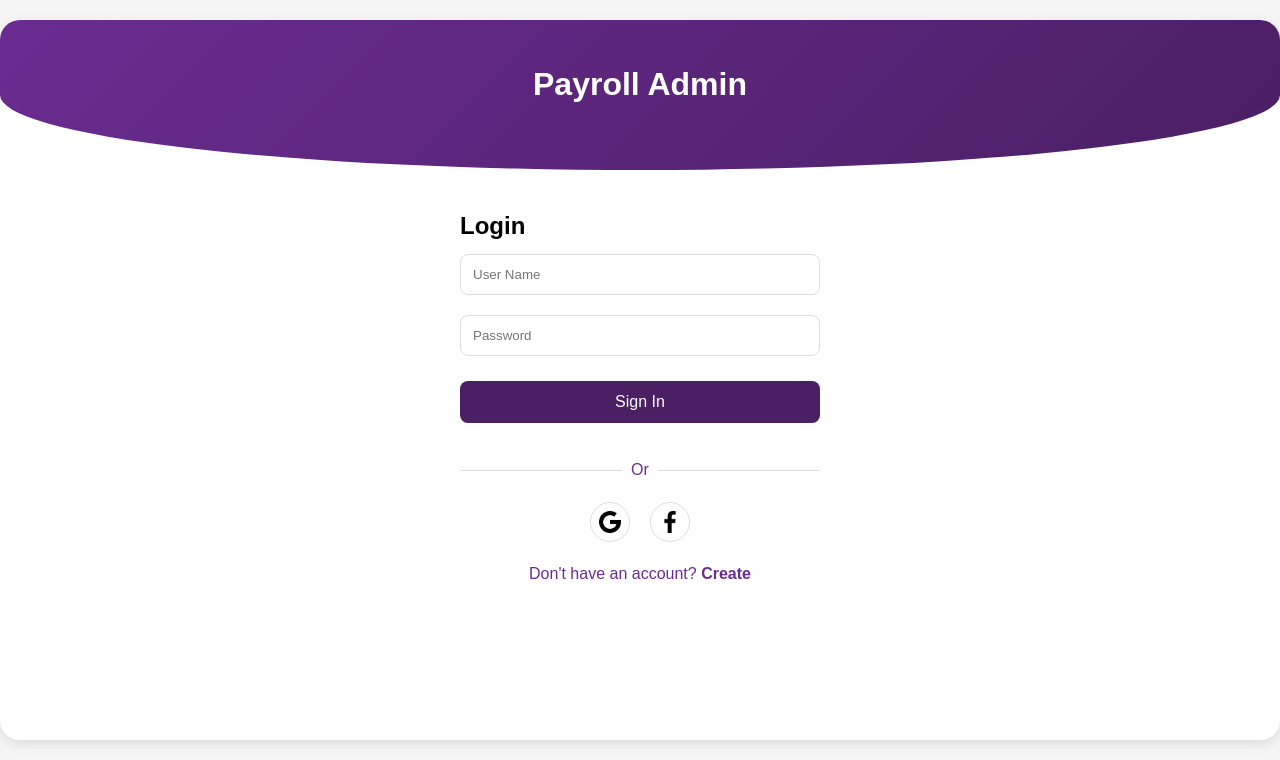
Repository: nino-pixel/payrolllatest
Page: / (app in web_vue/)
The author's editor kept a copy of each file at every save. The page is drawn from the files as they stood at one save, then again after the next save.
The browser window is 1280 px wide. The pictures show the whole page.
The project was rebuilt for these pictures with package versions that can differ from the ones it lists, and the page was loaded fresh each time. Also part of the build but not shown: web_vue/vite.config.js, web_vue/src/components/sign_up.vue, web_vue/src/components/dashboard.vue, web_vue/src/components/employee_management.vue, web_vue/src/components/attendance_management.vue, web_vue/src/components/generate_payroll.vue, web_vue/src/components/mark_attendance_manually.vue, web_vue/src/components/view_payment_history.vue and 2 more.

Above is the page before, as saved 2024-12-20 08:05:26.

### web_vue/src/main.js
import { createApp } from 'vue'
import './style.css'
import App from './App.vue'
import router from './router'
import html2pdf from 'html2pdf.js';
// ECharts imports
import VChart from 'vue-echarts'
import { use } from 'echarts/core'
import { CanvasRenderer } from 'echarts/renderers'
import { PieChart, LineChart, BarChart, GaugeChart } from 'echarts/charts'
import {
  TitleComponent,
  TooltipComponent,
  LegendComponent,
  GridComponent
} from 'echarts/components'

// Register ECharts components
use([
  CanvasRenderer,
  PieChart,
  LineChart,
  BarChart,
  GaugeChart,
  TitleComponent,
  TooltipComponent,
  LegendComponent,
  GridComponent
])

const app = createApp(App)
app.component('v-chart', VChart)
app.use(router)
app.mount('#app')

### web_vue/src/style.css
:root {
  font-family: Inter, system-ui, Avenir, Helvetica, Arial, sans-serif;
  line-height: 1.5;
  font-weight: 400;
  color-scheme: light dark;
  color: rgba(255, 255, 255, 0.87);
  background-color: #242424;
  font-synthesis: none;
  text-rendering: optimizeLegibility;
  -webkit-font-smoothing: antialiased;
  -moz-osx-font-smoothing: grayscale;
}

body {
  margin: 0;
  padding: 0;
  min-height: 100vh;
  width: 100%;
}

/* Remove the centering and width constraints */
#app {
  max-width: none;
  margin: 0;
  padding: 0;
  width: 100%;
  min-height: 100vh;
}

/* Adjust other styles */
.card {
  padding: 2em;
  width: 100%;
  box-sizing: border-box;
}

button {
  border-radius: 8px;
  border: 1px solid transparent;
  padding: 0.6em 1.2em;
  font-size: 1em;
  font-weight: 500;
  font-family: inherit;
  background-color: #1a1a1a;
  cursor: pointer;
  transition: border-color 0.25s;
}

/* Media query adjustments */
@media (prefers-color-scheme: light) {
  :root {
    color: #213547;
    background-color: #ffffff;
  }
  a:hover {
    color: #747bff;
  }
  button {
    background-color: #f9f9f9;
  }
}

### web_vue/src/App.vue
<template>
  <div id="app">
    <!-- Show Sidebar only if user is logged in and not on login page -->
    <Sidebar v-if="isLoggedIn && !isLoginPage" />
    <Sidebar v-if="isLoggedIn && !isLoginPage" />


    <!-- Main content area -->
    <div class="main-content" :class="{ 'with-sidebar': isLoggedIn && !isLoginPage }">
      <router-view></router-view>
    </div>
  </div>
</template>

<script>
import Sidebar from './components/Sidebar.vue'

export default {
  name: 'App',
  components: {
    Sidebar
  },
  computed: {
    isLoggedIn() {
      return !!localStorage.getItem('token')
    },
    isLoginPage() {
      return this.$route.path === '/login'
    }
  }
}
</script>

<style>
* {
  margin: 0;
  padding: 0;
  box-sizing: border-box;
}

#app {
  font-family: Arial, sans-serif;
  -webkit-font-smoothing: antialiased;
  -moz-osx-font-smoothing: grayscale;
  display: flex;
  min-height: 100vh;
  background: #f5f5f5;
}

.main-content {
  flex: 1;
  min-height: 100vh;
  transition: margin-left 0.3s ease;
}

/* Add margin when sidebar is present */
.main-content.with-sidebar {
  margin-left: 250px; /* Same as sidebar width */
}

/* Responsive adjustments */
@media (max-width: 768px) {
  .main-content.with-sidebar {
    margin-left: 60px; /* Same as collapsed sidebar width */
  }
}

/* Global styles for consistent look */
button {
  cursor: pointer;
}

input, button {
  font-family: inherit;
}

/* Transition effects */
.fade-enter-active, .fade-leave-active {
  transition: opacity 0.3s;
}
.fade-enter, .fade-leave-to {
  opacity: 0;
}

/* Optional: Add scrollbar styling */
::-webkit-scrollbar {
  width: 8px;
}

::-webkit-scrollbar-track {
  background: #f1f1f1;
}

::-webkit-scrollbar-thumb {
  background: #888;
  border-radius: 4px;
}

::-webkit-scrollbar-thumb:hover {
  background: #555;
}
</style>

### web_vue/src/components/login_page.vue
<template>
  <div class="login-container">
    <div class="wave-bg"></div>
    <h1>Payroll Admin</h1>

    <div class="login-form">
      <h2>Login</h2>
      <input
        type="text"
        v-model="username"
        placeholder="User Name"
        required
      >
      <input
        type="password"
        v-model="password"
        placeholder="Password"
        required
      >
      <!-- Error message display -->
      <div v-if="error" class="error-message">
        {{ error }}
      </div>
      <button
        class="sign-in"
        @click="handleLogin"
      >
        Sign In
      </button>

      <div class="divider">
        <span>Or</span>
      </div>

      <div class="social-login">
        <button class="google" @click="handleGoogleLogin">
          <img src="../assets/google-icon.png" alt="Google">
        </button>
        <button class="facebook" @click="handleFacebookLogin">
          <img src="../assets/facebook-icon.png" alt="Facebook">
        </button>
      </div>

      <p class="signup-link">
        Don't have an account?
        <router-link :to="{ path: '/signup' }">Create</router-link>
      </p>
    </div>
  </div>
</template>

<script>
export default {
  name: 'LoginPage',
  data() {
    return {
      username: '',
      password: '',
      error: ''
    }
  },
  methods: {
    handleLogin() {
      // Basic validation
      if (!this.username || !this.password) {
        this.error = 'Please enter both username and password';
        return;
      }

      // Clear any previous errors
      this.error = '';

      // Store dummy token and user data
      localStorage.setItem('token', 'dummy-token');
      localStorage.setItem('user', JSON.stringify({ username: this.username }));
        // Force a page reload after setting token
        window.location.href = '/dashboard';
      // Redirect to dashboard
      this.$router.push('/dashboard');
    },
    handleGoogleLogin() {
      localStorage.setItem('token', 'google-dummy-token');
      window.location.href = '/dashboard';
    },
    handleFacebookLogin() {
      console.log('Facebook login clicked');
      // For testing: direct login
      localStorage.setItem('token', 'facebook-dummy-token');
      this.$router.push('/dashboard');
    }
  }
}
</script>

<style scoped>
h2 {
  color: black;
}

body {
  margin: 0;
  font-family: Arial, sans-serif;
  background: #f5f5f5;
}

.login-container {
  width: 100%;
  position: relative;
  min-height: 100vh;
  margin: 20px auto;
  padding: 20px;
  background: white;
  border-radius: 20px;
  box-shadow: 0 4px 12px rgba(0,0,0,0.1);
  display: flex;
  flex-direction: column;
  align-items: center;
}

.wave-bg {
  position: absolute;
  top: 0;
  left: 0;
  right: 0;
  height: 150px;
  background: linear-gradient(135deg, #6b2c91, #4a1f64);
  border-radius: 20px 20px 50% 50%;
}

h1 {
  color: white;
  position: relative;
  margin: 20px;
}

.login-form {
  padding: 20px;
  margin-top: 60px;
  width: 100%;
  max-width: 400px; /* Added max-width for better form sizing */
}

input {
  width: 100%;
  padding: 12px;
  margin: 10px 0;
  border: 1px solid #ddd;
  border-radius: 8px;
  box-sizing: border-box;
  transition: border-color 0.3s ease; /* Smooth transition for focus */
}

input:focus {
  outline: none;
  border-color: #6b2c91;
  box-shadow: 0 0 0 2px rgba(107, 44, 145, 0.1);
}

.sign-in {
  width: 100%;
  padding: 12px;
  background: #4a1f64;
  color: white;
  border: none;
  border-radius: 8px;
  margin: 15px 0;
  cursor: pointer;
  transition: background-color 0.3s ease;
}

.sign-in:hover {
  background: #5a2574;
}

/* New error message style */
.error-message {
  background-color: rgba(220, 53, 69, 0.1);
  color: #dc3545;
  padding: 10px;
  border-radius: 8px;
  margin: 10px 0;
  text-align: center;
  font-size: 0.9rem;
}

.divider {
  text-align: center;
  margin: 20px 0;
  position: relative;
  color: #6b2c91;
}

.divider::before,
.divider::after {
  content: "";
  position: absolute;
  top: 50%;
  width: 45%;
  height: 1px;
  background: #ddd;
}

.divider::before { left: 0; }
.divider::after { right: 0; }

.social-login {
  display: flex;
  justify-content: center;
  gap: 20px;
}

.social-login button {
  width: 40px;
  height: 40px;
  border-radius: 50%;
  border: 1px solid #ddd;
  background: white;
  cursor: pointer;
  padding: 8px;
  transition: transform 0.3s ease, box-shadow 0.3s ease;
}

.social-login button:hover {
  transform: translateY(-2px);
  box-shadow: 0 4px 8px rgba(0,0,0,0.1);
}

.social-login img {
  width: 100%;
  height: 100%;
  object-fit: contain;
}

.signup-link {
  text-align: center;
  margin-top: 20px;
  color: #6b2c91;
}

.signup-link a {
  color: #6b2c91;
  text-decoration: none;
  font-weight: bold;
  transition: color 0.3s ease;
}

.signup-link a:hover {
  color: #4a1f64;
}

/* Responsive adjustments */
@media (max-width: 768px) {
  .login-container {
    margin: 0;
    border-radius: 0;
  }

  .wave-bg {
    border-radius: 0 0 50% 50%;
  }

  .login-form {
    padding: 15px;
  }
}
</style>

### web_vue/src/components/Sidebar.vue
<template>
    <div class="sidebar" :class="{ 'collapsed': isCollapsed }">
      <div class="sidebar-header">
        <img src="../assets/payroll_logo.png" alt="PayrollEmp" class="logo">
      </div>

      <nav class="sidebar-nav">
        <router-link to="/dashboard" class="nav-item">
          <i class="fas fa-chart-line"></i>
          <span v-if="!isCollapsed">Dashboard</span>
        </router-link>

        <div class="nav-group">
          <div class="nav-group-title" v-if="!isCollapsed">Employee Management</div>
          <router-link to="/employees" class="nav-item">
            <i class="fas fa-users"></i>
            <span v-if="!isCollapsed">Employees</span>
          </router-link>
          <router-link to="/salary_adjustment" class="nav-item">
            <i class="fas fa-money-bill-wave"></i>
            <span v-if="!isCollapsed">Salary Adjustment</span>
          </router-link>
        </div>

        <div class="nav-group">
          <div class="nav-group-title" v-if="!isCollapsed">Attendance</div>
          <router-link to="/attendance" class="nav-item">
            <i class="fas fa-calendar-check"></i>
            <span v-if="!isCollapsed">Attendance Management</span>
          </router-link>
          <router-link to="/mark_attendance_manually" class="nav-item">
            <i class="fas fa-clock"></i>
            <span v-if="!isCollapsed">Mark Attendance</span>
          </router-link>
        </div>

        <div class="nav-group">
          <div class="nav-group-title" v-if="!isCollapsed">Payroll</div>
          <router-link to="/generate_payroll" class="nav-item">
            <i class="fas fa-file-invoice-dollar"></i>
            <span v-if="!isCollapsed">Generate Payroll</span>
          </router-link>
          <router-link to="/view_payment_history" class="nav-item">
            <i class="fas fa-history"></i>
            <span v-if="!isCollapsed">Payment History</span>
          </router-link>
        </div>

        <router-link to="/reports_and_analytics" class="nav-item">
          <i class="fas fa-chart-bar"></i>
          <span v-if="!isCollapsed">Reports & Analytics</span>
        </router-link>
      </nav>

      <div class="sidebar-footer">
        <div class="minimize-btn-container">
          <button class="collapse-btn" @click="toggleSidebar">
            <i :class="isCollapsed ? 'fas fa-chevron-right' : 'fas fa-chevron-left'"></i>
          </button>
        </div>

        <div class="logout-container">
          <button class="logout-btn" @click="handleLogout">
            <i class="fas fa-sign-out-alt"></i>
            <span v-if="!isCollapsed">Logout</span>
          </button>
        </div>
      </div>
    </div>
  </template>

  <script>
  export default {
    name: 'Sidebar',
    data() {
      return {
        isCollapsed: false
      }
    },
    methods: {
      toggleSidebar() {
        this.isCollapsed = !this.isCollapsed
      },
      handleLogout() {
        if (confirm('Are you sure you want to logout?')) {
          localStorage.removeItem('token');
          localStorage.removeItem('user');
          this.$router.push('/login');
        }
      }
    }
  }
  </script>

  <style scoped>
  .sidebar {
    width: 250px;
    height: 100vh;
    background: linear-gradient(135deg, #660066, #cc66ff);
    color: white;
    position: fixed;
    left: 0;
    top: 0;
    transition: all 0.3s ease;
    z-index: 100;
    display: flex;
    flex-direction: column;
    overflow: hidden;
  }

  .sidebar.collapsed {
    width: 60px;
  }


  .sidebar-header {
  padding: 0.5rem; /* Reduced padding */
  display: flex;
  align-items: center;
  justify-content: center;
  border-bottom: 1px solid rgba(255, 255, 255, 0.1);
  min-height: 50px; /* Reduced height */
}
.logo {
  height: 45px; /* Smaller logo */
  width: 45px;
  border-radius: 360%;
}

.sidebar-nav {
  padding: 0.3rem 0; /* Reduced padding */
  flex: 1;
  display: flex;
  flex-direction: column;
  gap: 0.2rem; /* Add small gap between items */
}

.nav-group {
  margin-bottom: 0.3rem; /* Reduced margin */
}

.nav-group-title {
  padding: 0.2rem 1rem; /* Reduced padding */
  font-size: 0.7rem; /* Smaller font */
  text-transform: uppercase;
  color: rgba(255, 255, 255, 0.6);
}

.nav-item {
  position: relative;
  z-index: 1;
  display: flex;
  align-items: center;
  padding: 0.3rem 1rem; /* Reduced padding */
  color: white;
  text-decoration: none;
  transition: all 0.3s ease;
  gap: 0.75rem;
  height: 32px; /* Reduced height */
  font-size: 0.85rem; /* Slightly smaller font */
}

  .nav-item:hover {
    background: rgba(255, 255, 255, 0.1);
  }

  .nav-item.router-link-active {
    background: rgba(255, 255, 255, 0.2);
  }

  .nav-item i {
    width: 20px;
    text-align: center;
    font-size: 0.9rem; /* Smaller icons */
}

  .nav-item span {
    font-size: 0.85rem;
    white-space: nowrap;
  }

  .sidebar-footer {
    border-top: 1px solid rgba(255, 255, 255, 0.1);
    margin-top: auto;
  }

  .minimize-btn-container {
  height: 32px; /* Reduced height */

    padding: 0.3rem; /* Reduced padding */
    display: flex;
    justify-content: center;
    border-bottom: 1px solid rgba(255, 255, 255, 0.1);
  }

  .collapse-btn {
    background: none;
    border: none;
    color: white;
    cursor: pointer;
    padding: 0.3rem;
    width: 100%;
    height: 32px; /* Reduced height */
    transition: all 0.3s ease;
  }

  .collapse-btn:hover {
    background: rgba(255, 255, 255, 0.1);
    border-radius: 4px;
  }

  .logout-container {
    padding: 0.3rem; /* Reduced padding */
}

  .logout-btn {
    width: 100%;
    display: flex;
    align-items: center;
    gap: 0.75rem;
    padding: 0.4rem 1rem; /* Reduced padding */
    background: rgba(220, 53, 69, 0.1);
    border: none;
    border-radius: 4px;
    color: #fff;
    cursor: pointer;
    transition: all 0.3s ease;
  height: 32px; /* Reduced height */
  font-size: 0.85rem;

  }

  .logout-btn:hover {
    background: rgba(220, 53, 69, 0.2);
  }

  .logout-btn i {
    width: 20px;
    text-align: center;
  font-size: 0.9rem; /* Smaller icon */

  }

  .sidebar.collapsed .logout-btn span {
    display: none;
  }

  @media (max-width: 768px) {
    .sidebar {
      width: 60px;
    }

    .sidebar.collapsed {
      width: 0;
      overflow: hidden;
    }

    .nav-group-title {
      display: none;
    }
  }
  </style>

Loaded but not shown: web_vue/src/router/index.js (107 lines, source omitted)

After the next save:
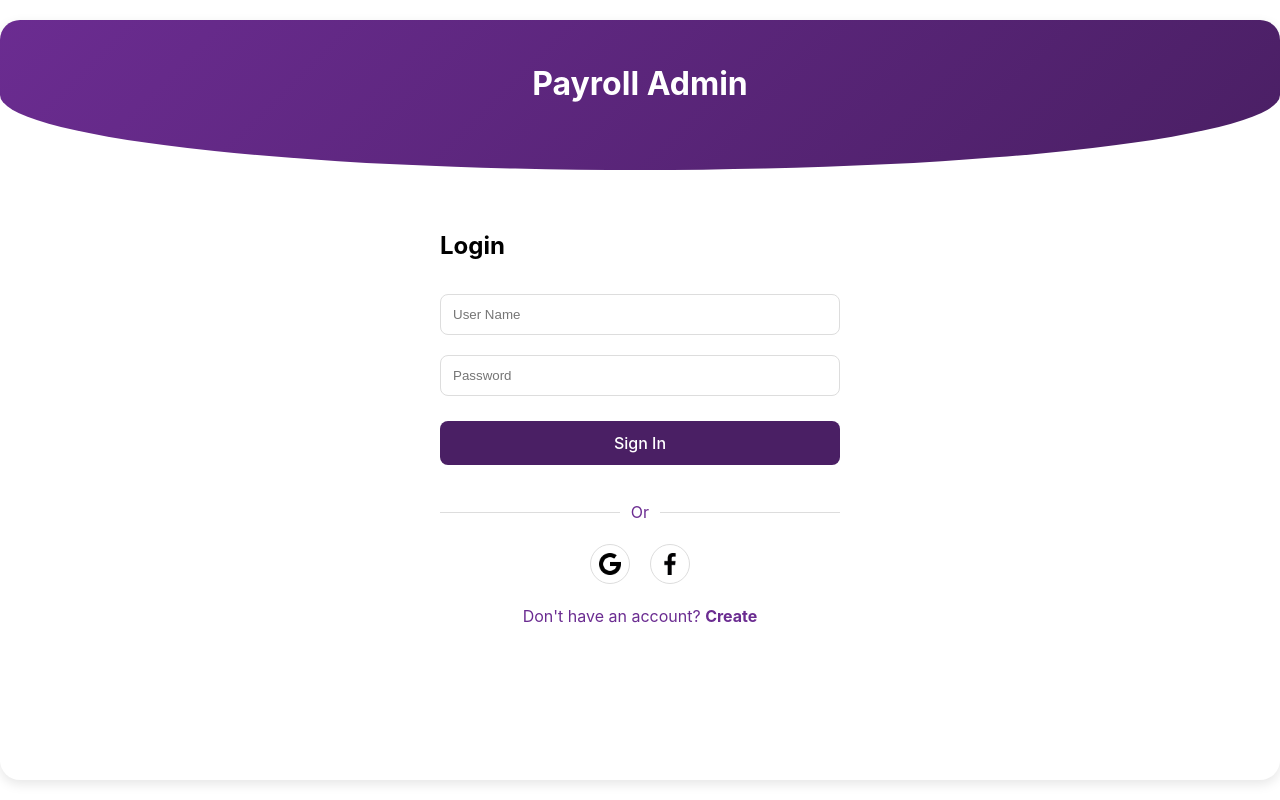
Saved 36 s later.
--- a/web_vue/src/App.vue
+++ b/web_vue/src/App.vue
@@ -1,14 +1,7 @@
 <template>
   <div id="app">
-    <!-- Show Sidebar only if user is logged in and not on login page -->
-    <Sidebar v-if="isLoggedIn && !isLoginPage" />
-    <Sidebar v-if="isLoggedIn && !isLoginPage" />
-
-
-    <!-- Main content area -->
-    <div class="main-content" :class="{ 'with-sidebar': isLoggedIn && !isLoginPage }">
-      <router-view></router-view>
-    </div>
+    <Sidebar v-if="showSidebar" />
+    <router-view />
   </div>
 </template>
 
@@ -21,82 +14,23 @@
     Sidebar
   },
   computed: {
-    isLoggedIn() {
-      return !!localStorage.getItem('token')
-    },
-    isLoginPage() {
-      return this.$route.path === '/login'
+    showSidebar() {
+      // Don't show sidebar on login or signup pages
+      const noSidebarRoutes = ['/login', '/signup']
+      return !noSidebarRoutes.includes(this.$route.path)
     }
   }
 }
 </script>
 
 <style>
-* {
-  margin: 0;
-  padding: 0;
-  box-sizing: border-box;
+#app {
+  display: flex;
 }
 
-#app {
-  font-family: Arial, sans-serif;
-  -webkit-font-smoothing: antialiased;
-  -moz-osx-font-smoothing: grayscale;
-  display: flex;
-  min-height: 100vh;
-  background: #f5f5f5;
-}
-
-.main-content {
-  flex: 1;
-  min-height: 100vh;
-  transition: margin-left 0.3s ease;
-}
-
-/* Add margin when sidebar is present */
-.main-content.with-sidebar {
-  margin-left: 250px; /* Same as sidebar width */
-}
-
-/* Responsive adjustments */
-@media (max-width: 768px) {
-  .main-content.with-sidebar {
-    margin-left: 60px; /* Same as collapsed sidebar width */
-  }
-}
-
-/* Global styles for consistent look */
-button {
-  cursor: pointer;
-}
-
-input, button {
-  font-family: inherit;
-}
-
-/* Transition effects */
-.fade-enter-active, .fade-leave-active {
-  transition: opacity 0.3s;
-}
-.fade-enter, .fade-leave-to {
-  opacity: 0;
-}
-
-/* Optional: Add scrollbar styling */
-::-webkit-scrollbar {
-  width: 8px;
-}
-
-::-webkit-scrollbar-track {
-  background: #f1f1f1;
-}
-
-::-webkit-scrollbar-thumb {
-  background: #888;
-  border-radius: 4px;
-}
-
-::-webkit-scrollbar-thumb:hover {
-  background: #555;
+/* Add margin to main content when sidebar is shown */
+.router-view {
+  margin-left: v-bind(showSidebar ? '250px' : '0');
+  width: 100%;
 }
 </style>

After the save that followed:
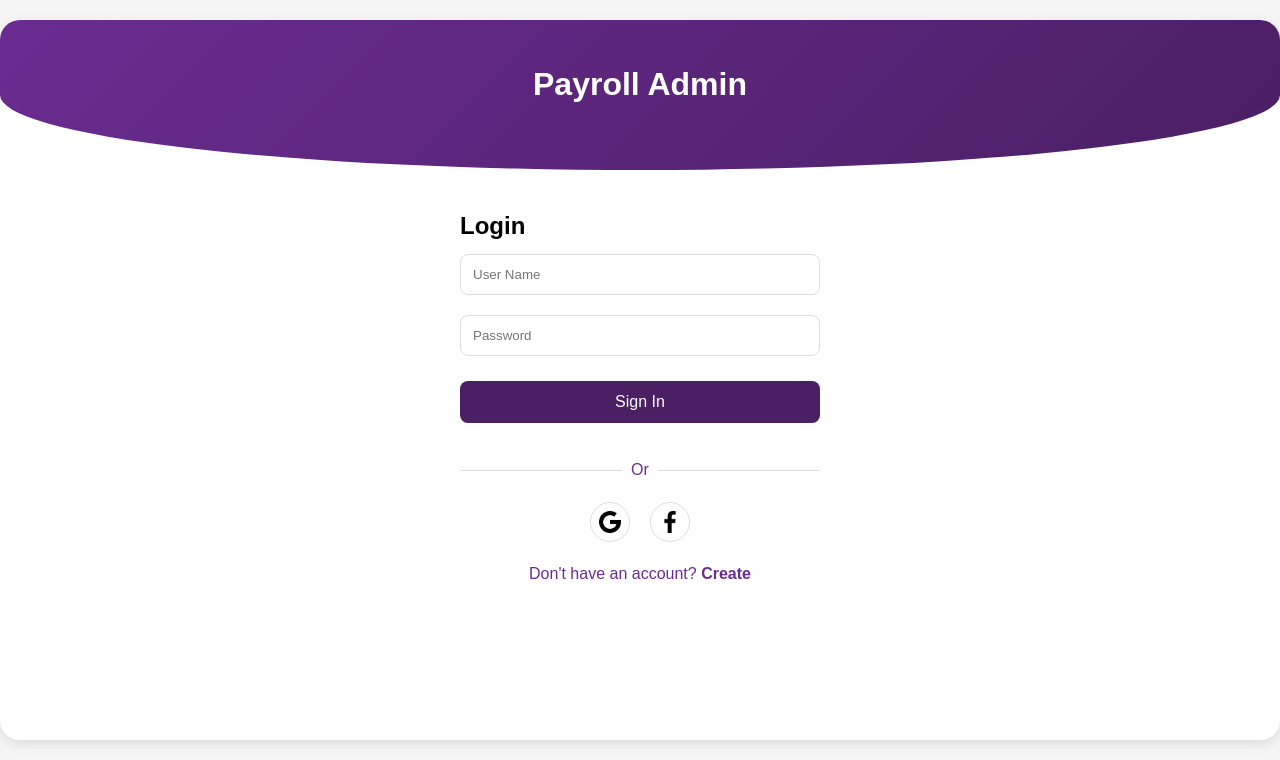
Saved 9 s later.
--- a/web_vue/src/App.vue
+++ b/web_vue/src/App.vue
@@ -1,7 +1,14 @@
 <template>
   <div id="app">
-    <Sidebar v-if="showSidebar" />
-    <router-view />
+    <!-- Show Sidebar only if user is logged in and not on login page -->
+    <Sidebar v-if="isLoggedIn && !isLoginPage" />
+    <Sidebar v-if="isLoggedIn && !isLoginPage" />
+
+
+    <!-- Main content area -->
+    <div class="main-content" :class="{ 'with-sidebar': isLoggedIn && !isLoginPage }">
+      <router-view></router-view>
+    </div>
   </div>
 </template>
 
@@ -14,23 +21,82 @@
     Sidebar
   },
   computed: {
-    showSidebar() {
-      // Don't show sidebar on login or signup pages
-      const noSidebarRoutes = ['/login', '/signup']
-      return !noSidebarRoutes.includes(this.$route.path)
+    isLoggedIn() {
+      return !!localStorage.getItem('token')
+    },
+    isLoginPage() {
+      return this.$route.path === '/login'
     }
   }
 }
 </script>
 
 <style>
-#app {
-  display: flex;
+* {
+  margin: 0;
+  padding: 0;
+  box-sizing: border-box;
 }
 
-/* Add margin to main content when sidebar is shown */
-.router-view {
-  margin-left: v-bind(showSidebar ? '250px' : '0');
-  width: 100%;
+#app {
+  font-family: Arial, sans-serif;
+  -webkit-font-smoothing: antialiased;
+  -moz-osx-font-smoothing: grayscale;
+  display: flex;
+  min-height: 100vh;
+  background: #f5f5f5;
+}
+
+.main-content {
+  flex: 1;
+  min-height: 100vh;
+  transition: margin-left 0.3s ease;
+}
+
+/* Add margin when sidebar is present */
+.main-content.with-sidebar {
+  margin-left: 250px; /* Same as sidebar width */
+}
+
+/* Responsive adjustments */
+@media (max-width: 768px) {
+  .main-content.with-sidebar {
+    margin-left: 60px; /* Same as collapsed sidebar width */
+  }
+}
+
+/* Global styles for consistent look */
+button {
+  cursor: pointer;
+}
+
+input, button {
+  font-family: inherit;
+}
+
+/* Transition effects */
+.fade-enter-active, .fade-leave-active {
+  transition: opacity 0.3s;
+}
+.fade-enter, .fade-leave-to {
+  opacity: 0;
+}
+
+/* Optional: Add scrollbar styling */
+::-webkit-scrollbar {
+  width: 8px;
+}
+
+::-webkit-scrollbar-track {
+  background: #f1f1f1;
+}
+
+::-webkit-scrollbar-thumb {
+  background: #888;
+  border-radius: 4px;
+}
+
+::-webkit-scrollbar-thumb:hover {
+  background: #555;
 }
 </style>
